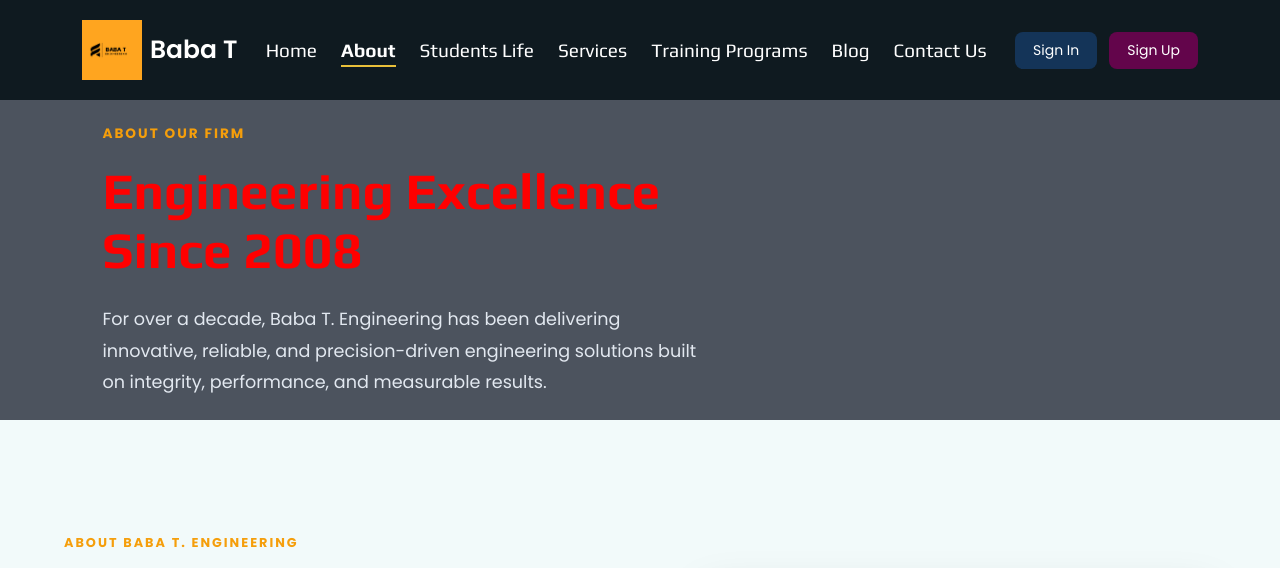
Repository: KC-Minchakpu/babatunde
Page: /about
An editor plug-in stored every save of this project. The page is shown before and after the next save, followed by the edit.
The browser window is 1280 px wide. The pictures show the part of the page from y = 0 to 568 px (the page is 1674 px tall).
Pictures or frames that could not be fetched are drawn as grey boxes. The project was rebuilt for these pictures with package versions that can differ from the ones it lists, and the page was loaded fresh each time. The framework's server and built-in components were replaced by stand-ins that run in the browser. Also part of the build but not shown: next.config.ts.

Above is the page before, as saved 2026-02-21 09:47:43.

### src/app/layout.tsx
import type { Metadata } from "next";
import { Play, Poppins } from "next/font/google";
import "./globals.css";
import Header from "@/components/Header/Header";
import Footer from "@/components/Footer/Footer";

const play = Play({
  variable: "--font-play",
  subsets: ["latin"],
  weight: ["400", "700"],
});

const poppins = Poppins({
  variable: "--font-poppins",
  subsets: ["latin"],
  weight: ["400", "500", "600", "700"],
});

export const metadata: Metadata = {
  title: "Baba T Engineering",
  description: "Official web app of Baba T Engineering, a leading engineering company specializing in innovative solutions and cutting-edge technology.",
};

export default function RootLayout({
  children,
}: Readonly<{
  children: React.ReactNode;
}>) {
  return (
    <html lang="en">
      <body
        className={`${play.variable} ${poppins.variable} antialiased`}
      >
        <Header />
        {children}
        <Footer />
      </body>
    </html>
  );
}

### src/app/about/page.tsx
import AboutSection from "@/components/About/AboutSection";
import AboutHero from "@/components/About/AboutHero";


export default function OurTeamPage() {
  return (
    <>
      <AboutHero />
      <AboutSection />

    </>
  )}

### src/app/globals.css
@import "tailwindcss";

:root {
  --background: #f2fafa;
  --foreground: #1f1e1e;
}

body {
  background: var(--background);
  color: var(--foreground);
  font-family: var(--font-poppins);
}

h1, h2, h3, h4, h5, h6 {
  font-family: var(--font-play);
}

h1 {
  color: red;
  font-size: 35px;
}

### src/components/Header/Header.tsx
"use client";

import Link from "next/link";
import Image from "next/image";
import styles from "./Header.module.css";
import { useState } from "react";
import { usePathname } from "next/navigation";

const Header = () => {
  const [isOpen, setIsOpen] = useState(false);
  const pathname = usePathname();

  const isActive = (path: string) => pathname === path;
  const isAboutActive = () => pathname.startsWith("/about");

  return (
    <header className={styles.header}>
      <div className={styles.container}>
        {/* Logo */}
        <div className={styles.logo}>
          <Link href="/">
            <Image
              src="/images/logo23.png"
              alt="Baba T Logo"
              width={60}
              height={60}
            />
          </Link>
          <span className={styles.logoText}>Baba T</span>
        </div>

        {/* Navigation */}
        <nav className={styles.nav}>
          <Link
            href="/"
            className={isActive("/") ? styles.active : ""}
          >
            Home
          </Link>

          <div
            className={styles.dropdown}
            onMouseEnter={() => setIsOpen(true)}
            onMouseLeave={() => setIsOpen(false)}
          >
            <Link
              href="/about"
              className={`${styles.dropdownToggle} ${
                isAboutActive() ? styles.active : ""
              }`}
            >
              About
            </Link>

            {isOpen && (
              <div className={styles.dropdownMenu}>
                <Link href="/about/history" className={isActive("/about/history") ? styles.active : ""}>
                  Our History
                </Link>
                <Link
                  href="/about/team"
                  className={
                    isActive("/about/team") ? styles.active : ""
                  }
                >
                  Our Team
                </Link>
                <Link href="/about" className={isActive("/about/mission") ? styles.active : ""}>
                  Mission & Vision
                </Link>
                <Link href="/about" className={isActive("/about/values") ? styles.active : ""}>
                  Core Values
                </Link>
                <Link href="/about/careers" className={isActive("/about/careers") ? styles.active : ""}>
                  Careers
                </Link>
              </div>
            )}
          </div>

          <Link
            href="/students-life"
            className={
              isActive("/students-life") ? styles.active : ""
            }
          >
            Students Life
          </Link>

          <Link
            href="/services"
            className={isActive("/services") ? styles.active : ""}
          >
            Services
          </Link>

          <Link
            href="/training-programs"
            className={
              isActive("/training-programs") ? styles.active : ""
            }
          >
            Training Programs
          </Link>

          <Link
            href="/blog"
            className={isActive("/blog") ? styles.active : ""}
          >
            Blog
          </Link>

          <Link
            href="/contact"
            className={isActive("/contact") ? styles.active : ""}
          >
            Contact Us
          </Link>
        </nav>

        {/* Auth Buttons */}
        <div className={styles.actions}>
          <button className={styles.signIn}>Sign In</button>
          <button className={styles.signUp}>Sign Up</button>
        </div>
      </div>
    </header>
  );
};

export default Header;

### src/components/Footer/Footer.tsx
"use client";

import Image from "next/image";
import styles from "./Footer.module.css";
import {
  FaXTwitter,
  FaLinkedinIn,
  FaYoutube,
  FaInstagram
} from "react-icons/fa6";

export default function Footer() {
  return (
    <footer className={styles.footer}>
      <div className={styles.container}>
        <div className={styles.topSection}>

          {/* LEFT BRAND AREA */}
          <div className={styles.brand}>
            <div className={styles.logo}>
              <Image
                src="/images/logo23.png"
                alt="Baba T Logo"
                width={50}
                height={50}
              />
              <span>Baba T. Engineering</span>
            </div>

            <p>
              Forge Your Future. Transform your Devices with expert-led services
              trusted by 100,000+ Clients worldwide.
            </p>

            {/* SOCIAL ICONS */}
            <div className={styles.socials}>
              <a href="#" aria-label="Twitter">
                <FaXTwitter />
              </a>
              <a href="#" aria-label="LinkedIn">
                <FaLinkedinIn />
              </a>
              <a href="#" aria-label="YouTube">
                <FaYoutube />
              </a>
              <a href="#" aria-label="Instagram">
                <FaInstagram />
              </a>
            </div>
          </div>

          {/* LINKS GRID */}
          <div className={styles.linksGrid}>
            <div>
              <h4>CATEGORIES</h4>
              <a>Software</a>
              <a>Hardware</a>
              <a>Circuit</a>
              <a>Computer Repairs</a>
              <a>MacBook Repairs</a>
            </div>

            <div>
              <h4>COMPANY</h4>
              <a>About Us</a>
              <a>Trainings</a>
              <a>Become a Student</a>
              <a>Blog</a>
              <a>Contact</a>
            </div>

            <div>
              <h4>SUPPORT</h4>
              <a>Help Center</a>
              <a>FAQ</a>
              <a>Accessibility</a>
              <a>Sitemap</a>
            </div>

            <div>
              <h4>LEGAL</h4>
              <a>Terms of Service</a>
              <a>Privacy Policy</a>
              <a>Cookie Policy</a>
              <a>Licenses</a>
            </div>
          </div>
        </div>

        <div className={styles.divider}></div>

        <div className={styles.bottomBar}>
          <p>© 2026 Baba T Engineering. All rights reserved.</p>
          <p>Designed & Developed by Kevin Cross Minchakpu</p>

          <div className={styles.bottomLinks}>
            <a>Terms</a>
            <a>Privacy</a>
            <a>Cookies</a>
          </div>
        </div>
      </div>
    </footer>
  );
}

### src/components/About/AboutSection.tsx
// components/AboutSection.tsx
import Image from "next/image";
import styles from "./AboutSection.module.css";

const AboutSection = () => {
  return (
    <section className={styles.section}>
      <div className={styles.container}>
        {/* LEFT CONTENT */}
        <div className={styles.content}>
          <span className={styles.kicker}>ABOUT BABA T. ENGINEERING</span>

          <h2 className={styles.heading}>
            Engineering Excellence Built on Precision & Integrity
          </h2>

          <div className={styles.divider}></div>

          <p>
            Founded with a commitment to technical accuracy and professional
            integrity, Baba T. Engineering delivers innovative engineering
            solutions tailored to modern infrastructure and industrial needs.
            What began as a focused engineering practice has grown into a
            trusted technical partner for clients across multiple sectors.
          </p>

          <p>
            Our approach is rooted in precision design, rigorous analysis,
            and uncompromising quality standards. We collaborate closely with
            clients to provide solutions that are efficient, sustainable,
            and structurally sound.
          </p>

          <p>
            Today, our multidisciplinary team continues to push engineering
            boundaries—leveraging advanced tools, modern methodologies,
            and practical field expertise to deliver measurable results.
          </p>
        </div>

        {/* RIGHT IMAGE */}
        <div className={styles.imageWrapper}>
          <Image
            src="/images/circuit.jpg"
            alt="Circuit Board"
            fill
            className={styles.image}
            priority
          />

          <div className={styles.badge}>
            <span className={styles.badgeNumber}>15+</span>
            <span className={styles.badgeText}>Years of Engineering Expertise</span>
          </div>
        </div>
      </div>
    </section>
  );
};

export default AboutSection;

### src/components/About/AboutHero.tsx
// components/AboutHero.tsx
import styles from "./AboutHero.module.css";

const AboutHero = () => {
  return (
    <section className={styles.hero}>
          {/* Dark Overlay */}
      <div className={styles.overlay}></div>

      {/* Content */}
      <div className={styles.content}>
        <span className={styles.kicker}>ABOUT OUR FIRM</span>

        <h1 className={styles.heading}>
          Engineering Excellence <br /> Since 2008
        </h1>

        <p className={styles.description}>
          For over a decade, Baba T. Engineering has been delivering
          innovative, reliable, and precision-driven engineering solutions
          built on integrity, performance, and measurable results.
        </p>
      </div>
    </section>
  );
};

export default AboutHero;

### src/components/Header/Header.module.css
.header {
  width: 100%;
  height: 100px;
  background: #0F1A20;
  padding: 20px;
  position: sticky;
  top: 0;
  z-index: 1000;
}

.container {
  width: 90%;
  margin: 0 auto;
  display: flex;
  align-items: center;
  justify-content: space-between;
}

/* Logo */
.logo {
  display: flex;
  align-items: center;
  gap: 8px;
  cursor: pointer;
}

.logoCircle {
  width: 40px;
  height: 40px;
  border-radius: 50%;
  background: linear-gradient(135deg, #8e2de2, #4a00e0);
  display: flex;
  align-items: center;
  justify-content: center;
  color: white;
  font-weight: bold;
}

.logoText {
  font-size: 25px;
  font-weight: 600;
  color: #ffffff;
  font-family: "Poppins", sans-serif;
}

/* Nav */
.nav {
  display: flex;
  align-items: center;
  gap: 24px;
  font-family: 'Play', sans-serif;

}

.nav a,
.dropdownToggle {
  color: #ffffff;
  text-decoration: none;
  font-size: 19px;
  cursor: pointer;
  position: relative;
  transition: color 0.3s ease;
}

.nav a:hover,
.dropdownToggle:hover {
  color: #FFD23F;
}

/* Dropdown */
.dropdown {
  position: relative;
}

.dropdownMenu {
  position: absolute;
  width: 250px;
  top: 35px;
  left: 0;
  background: #0F1A20;
  border-radius: 8px;
  padding: 10px 0;
  min-width: 180px;
  box-shadow: 0 10px 25px rgba(0, 0, 0, 0.15);
  display: flex;
  flex-direction: column;
}

.dropdownMenu a {
  padding: 10px 16px;
  color: #ffffff;
  font-size: 19px;
  text-decoration: none;
  transition: background 0.2s ease;
}

.dropdownMenu a:hover {
  color: #FFD23F;
}

/* Buttons */
.actions {
  display: flex;
  gap: 12px;
}

.signIn {
  padding: 8px 18px;
  border-radius: 8px;
  border: none;
  cursor: pointer;
  color: white;
  background: #143458;
  font-size: 14px;
}

.signUp {
  padding: 8px 18px;
  border-radius: 8px;
  border: none;
  cursor: pointer;
  color: white;
  background: #63054b;
  font-size: 14px;
}

/* Responsive */
@media (max-width: 1024px) {
  .nav {
    display: none;
  }
}

.active {
  color: #f1b32b;
  font-weight: 600;
  position: relative;
}

.active::after {
  content: "";
  position: absolute;
  left: 0;
  bottom: -6px;
  width: 100%;
  height: 2px;
  background-color: #e9c03a;
}

### src/components/Footer/Footer.module.css
.footer {
  background: linear-gradient(
    180deg,
    #0a0a0a,
    #111111
  );
  color: #e5e7eb;
  padding: 90px 0 30px;
}

.container {
  max-width: 1200px;
  margin: 0 auto;
  padding: 0 20px;
}

/* TOP SECTION */
.topSection {
  display: flex;
  justify-content: space-between;
  gap: 60px;
}

/* BRAND */
.brand {
  flex: 1.3;
}

.logo {
  display: flex;
  align-items: center;
  gap: 12px;
  font-weight: 600;
  font-size: 20px;
  margin-bottom: 20px;
}

.logoBox {
  width: 34px;
  height: 34px;
  border-radius: 10px;
  background: linear-gradient(135deg, #14b8a6, #f97316);
}

.brand p {
  color: #9ca3af;
  line-height: 1.6;
  margin-bottom: 24px;
  max-width: 350px;
}

/* =========================
   SOCIAL ICONS
========================= */
.socials {
  display: flex;
  gap: 15px;
  margin-top: 20px;
}

.socials a {
  width: 40px;
  height: 40px;
  background: #121c3b;
  border-radius: 50%;
  display: flex;
  align-items: center;
  justify-content: center;
  color: #ffffff;
  font-size: 16px;
  transition: all 0.3s ease;
}

.socials a:hover {
  background: #f8af28;
  transform: translateY(-4px);
}


/* LINKS GRID */
.linksGrid {
  flex: 2;
  display: grid;
  grid-template-columns: repeat(4, 1fr);
  gap: 40px;
}

.linksGrid h4 {
  font-size: 12px;
  letter-spacing: 1px;
  margin-bottom: 16px;
  color: #ffffff;
}

.linksGrid a {
  display: block;
  font-size: 14px;
  color: #9ca3af;
  margin-bottom: 10px;
  cursor: pointer;
  transition: color 0.3s ease;
}

.linksGrid a:hover {
  color: #ffffff;
}

/* DIVIDER */
.divider {
  height: 1px;
  background: rgba(255, 255, 255, 0.08);
  margin: 60px 0 25px;
}

/* BOTTOM BAR */
.bottomBar {
  display: flex;
  justify-content: space-between;
  align-items: center;
  font-size: 14px;
  color: #9ca3af;
}

.bottomLinks {
  display: flex;
  gap: 24px;
}

.bottomLinks a {
  cursor: pointer;
  transition: color 0.3s ease;
}

.bottomLinks a:hover {
  color: white;
}

/* RESPONSIVE */
@media (max-width: 1024px) {
  .topSection {
    flex-direction: column;
    gap: 50px;
  }

  .linksGrid {
    grid-template-columns: repeat(2, 1fr);
  }

  .bottomBar {
    flex-direction: column;
    gap: 15px;
    text-align: center;
  }
}

@media (max-width: 600px) {
  .linksGrid {
    grid-template-columns: 1fr;
  }
}

### src/components/About/AboutSection.module.css
.section {
  padding: 110px 0;
   background: linear-gradient(
      to right,
      rgba(248, 250, 252, 0.95),
      rgba(248, 250, 252, 0.8)
    ),
}

.container {
  width: 90%;
  max-width: 1200px;
  margin: 0 auto;

  display: grid;
  grid-template-columns: 1.1fr 1fr;
  gap: 70px;
  align-items: center;
}

/* LEFT CONTENT */

.content {
  color: #1e293b; /* slate tone */
}

.kicker {
  font-size: 0.8rem;
  letter-spacing: 2px;
  font-weight: 700;
  color: #f59e0b; /* engineering amber */
  text-transform: uppercase;
  margin-bottom: 14px;
  display: inline-block;
}

.heading {
  font-size: 2.6rem;
  font-weight: 800;
  line-height: 1.25;
  margin-bottom: 18px;
}

.divider {
  width: 70px;
  height: 4px;
  background-color: #0f172a; /* deep engineering blue */
  margin-bottom: 28px;
}

.content p {
  font-size: 1rem;
  line-height: 1.8;
  margin-bottom: 20px;
  color: #475569;
}

/* RIGHT IMAGE */

.imageWrapper {
  position: relative;
  width: 100%;
  height: 520px;
  border-radius: 14px; /* sharper than law version */
  overflow: hidden;
  box-shadow: 0 25px 45px rgba(15, 23, 42, 0.15);
}

.image {
  object-fit: cover;
}

/* BADGE – redesigned as technical stat block */

.badge {
  position: absolute;
  bottom: 28px;
  right: 30px;

  background-color: #0f172a;
  color: white;

  padding: 26px 32px;
  border-radius: 10px;

  display: flex;
  flex-direction: column;
  align-items: center;

  border-left: 6px solid #f59e0b;
  box-shadow: 0 18px 35px rgba(0, 0, 0, 0.25);
}

.badgeNumber {
  font-size: 2rem;
  font-weight: 800;
  line-height: 1;
}

.badgeText {
  font-size: 0.85rem;
  margin-top: 6px;
  text-align: center;
  letter-spacing: 0.5px;
}

/* RESPONSIVE */

@media (max-width: 992px) {
  .container {
    grid-template-columns: 1fr;
    gap: 60px;
  }

  .imageWrapper {
    height: 420px;
  }
}

@media (max-width: 600px) {
  .section {
    padding: 80px 0;
  }

  .heading {
    font-size: 2rem;
  }

  .imageWrapper {
    height: 320px;
  }

  .badge {
    right: 20px;
    padding: 18px 22px;
  }

  .badgeNumber {
    font-size: 1.6rem;
  }
}

### src/components/About/AboutHero.module.css
.hero {
  position: relative;
  height: 320px;
  display: flex;
  align-items: center;
  padding: 0 8%;
  overflow: hidden;
  color: white;
}

/* Dark blue engineering overlay */
.overlay {
  position: absolute;
  inset: 0;
  background: #242a38cc;
  z-index: 1;
}

/* Content */
.content {
  position: relative;
  z-index: 2;
  max-width: 750px;
}

.kicker {
  font-size: 0.85rem;
  font-weight: 700;
  letter-spacing: 2px;
  color: #f59e0b; /* engineering amber */
  text-transform: uppercase;
  margin-bottom: 18px;
  display: inline-block;
}

.heading {
  font-size: 3.2rem;
  font-weight: 800;
  line-height: 1.15;
  margin-bottom: 24px;
}

.description {
  font-size: 1.1rem;
  line-height: 1.8;
  color: #e2e8f0;
  max-width: 600px;
}

/* Responsive */

@media (max-width: 992px) {
  .hero {
    height: 480px;
    padding: 0 6%;
  }

  .heading {
    font-size: 2.6rem;
  }
}

@media (max-width: 600px) {
  .hero {
    height: 420px;
    padding: 0 5%;
  }

  .heading {
    font-size: 2rem;
  }

  .description {
    font-size: 1rem;
  }
}

After the next save:
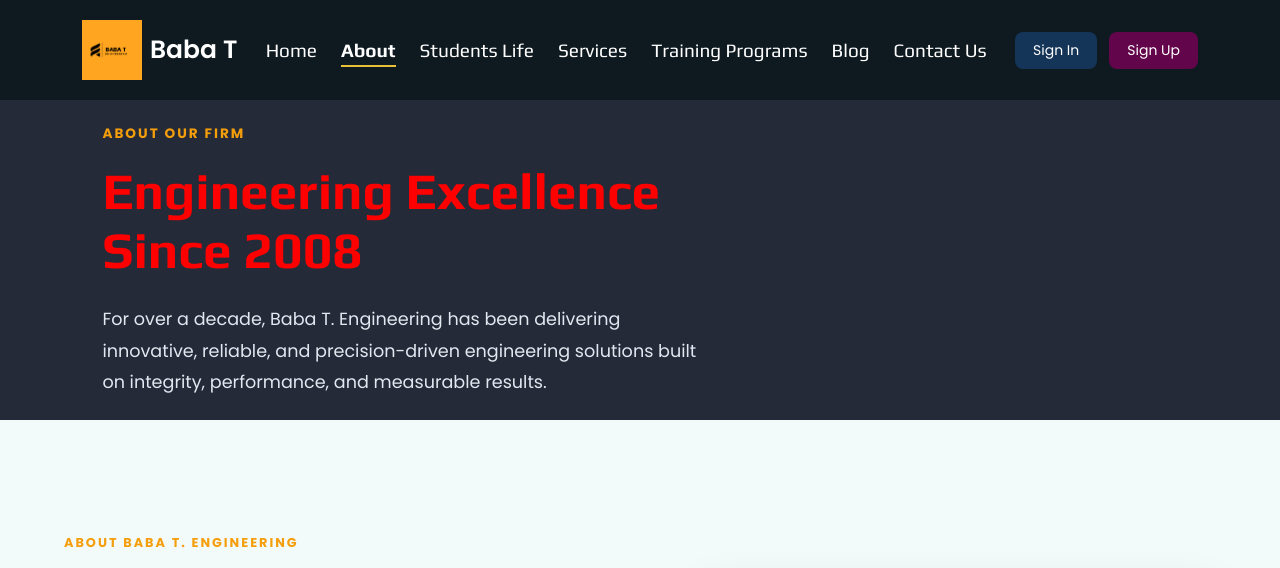
Saved 29 s later.
--- a/src/components/About/AboutHero.module.css
+++ b/src/components/About/AboutHero.module.css
@@ -12,7 +12,7 @@
 .overlay {
   position: absolute;
   inset: 0;
-  background: #242a38cc;
+  background: #242a38;
   z-index: 1;
 }
 
